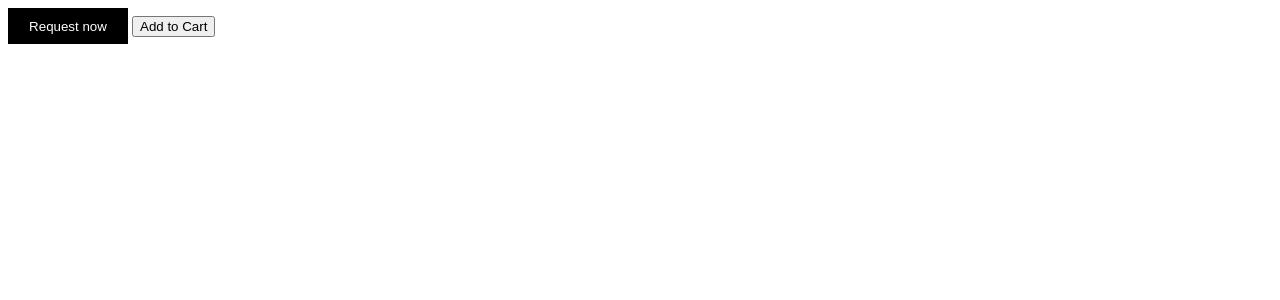
Repository: Kurumilli/Youtube
Page: Exercise2.html
An editor plug-in stored every save of this project. The page is shown before and after the next save, followed by the edit.
The browser window is 1280 px wide. The pictures show the whole page.

Above is the page before, as saved 2025-01-23 20:29:26.

### Exercise2.html
<html>
    <body>
        <style>
            .uber{
                background-color: black;
                color: white;
                height:36px;
                border: none;
                width: 120px;
            }
        </style>

        <button class="uber">
                Request now
        </button>

        <button class="amazon">
            Add to Cart

        </button>


    </body>
</html>

After the next save:
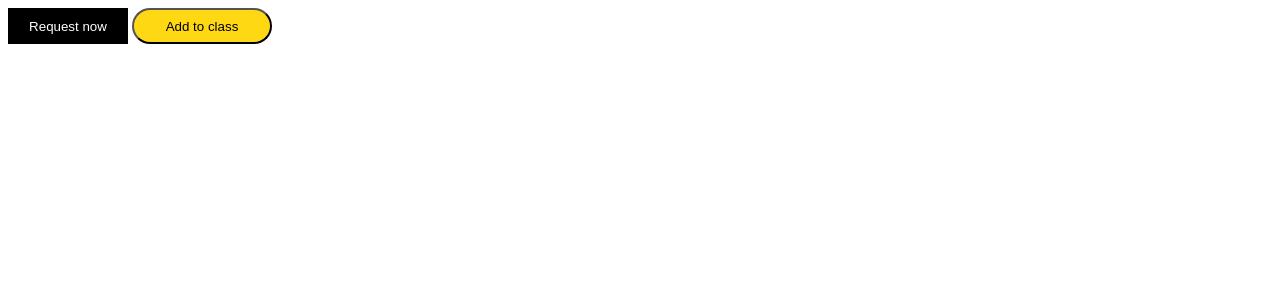
Saved 90 s later.
--- a/Exercise2.html
+++ b/Exercise2.html
@@ -8,6 +8,13 @@
                 border: none;
                 width: 120px;
             }
+
+            .amazon{
+                background-color: rgb(255,216,20);
+                height: 36px;
+                width: 140px;
+                border-radius: 18px;
+            }
         </style>
 
         <button class="uber">
@@ -15,8 +22,7 @@
         </button>
 
         <button class="amazon">
-            Add to Cart
-
+            Add to class
         </button>
 
 
